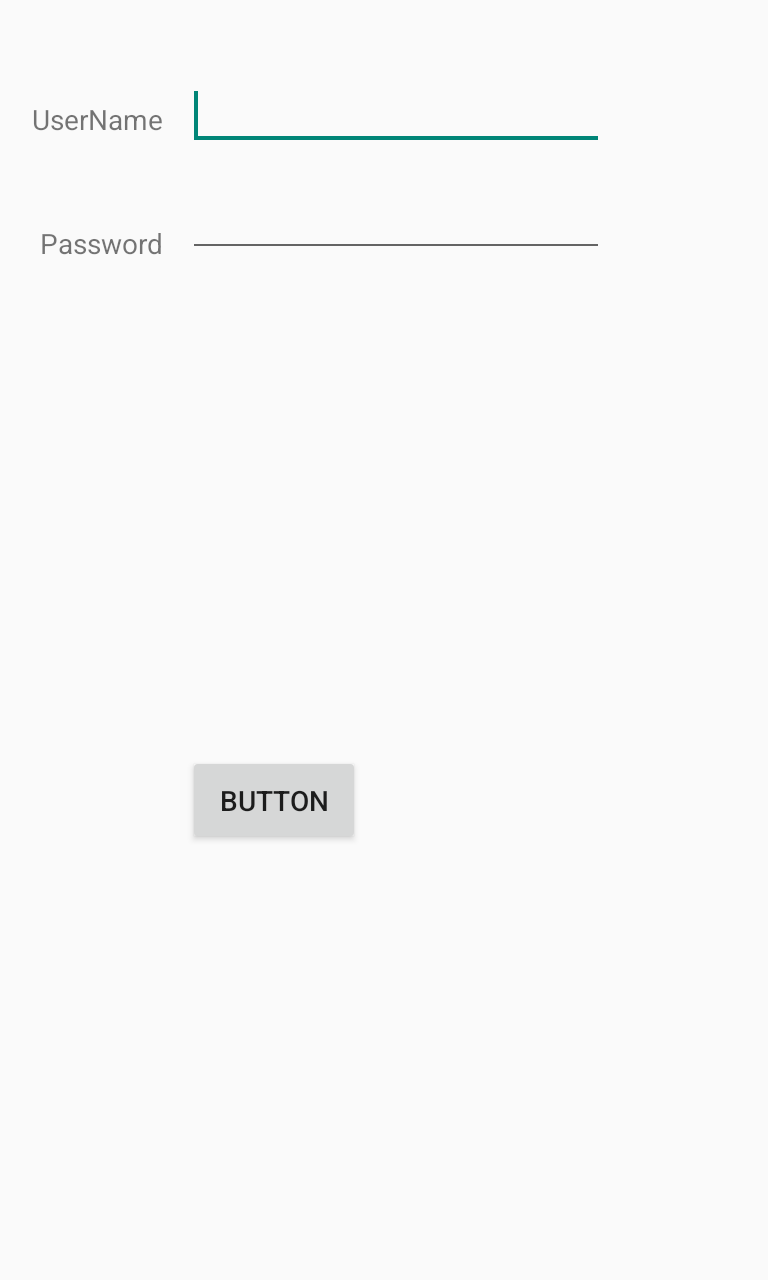
Repository: vipinvkamara/layouts
Layout: indent/res/layout/activity_login.xml
The author's editor kept a copy of each file at every save. The layout is drawn from the files as they stood at one save, then again after the next save.
It is drawn on a 768 x 1280 px phone screen (xhdpi) without system bars, with theme AppTheme; the app's code is not run.

Above is the layout before, as saved 2014-12-16 18:04:41.

### indent/res/layout/activity_login.xml
<RelativeLayout xmlns:android="http://schemas.android.com/apk/res/android"
    xmlns:tools="http://schemas.android.com/tools"
    android:layout_width="match_parent"
    android:layout_height="match_parent"
    android:paddingBottom="@dimen/activity_vertical_margin"
    android:paddingLeft="@dimen/activity_horizontal_margin"
    android:paddingRight="@dimen/activity_horizontal_margin"
    android:paddingTop="@dimen/activity_vertical_margin"
    tools:context="com.example.indent.MainActivity" >

    <Button
        android:id="@+id/button1"
        android:layout_width="wrap_content"
        android:layout_height="wrap_content"
        android:layout_alignParentBottom="true"
        android:onClick="showActivity"
        android:layout_alignParentLeft="true"
        android:layout_marginBottom="200dp"
        android:layout_marginLeft="77dp"
        android:text="Button" />

    <TextView
        android:id="@+id/textView1"
        android:layout_width="wrap_content"
        android:layout_height="wrap_content"
        android:layout_alignParentLeft="true"
        android:layout_alignParentTop="true"
        android:layout_marginTop="34dp"
        android:text="UserName" />

    <TextView
        android:id="@+id/textView2"
        android:layout_width="wrap_content"
        android:layout_height="wrap_content"
        android:layout_alignRight="@+id/textView1"
        android:layout_below="@+id/textView1"
        android:layout_marginTop="43dp"
        android:text="Password" />

    <EditText
        android:id="@+id/editText1"
        android:layout_width="wrap_content"
        android:layout_height="wrap_content"
        android:layout_alignBaseline="@+id/textView1"
        android:layout_alignBottom="@+id/textView1"
        android:layout_alignLeft="@+id/button1"
        android:ems="10" >

        <requestFocus />
    </EditText>

    <EditText
        android:id="@+id/editText2"
        android:layout_width="wrap_content"
        android:layout_height="wrap_content"
        android:layout_alignBottom="@+id/textView2"
        android:layout_alignLeft="@+id/editText1"
        android:ems="10"
        android:inputType="textPassword" />

</RelativeLayout>

Loaded but not shown: indent/res/values/styles.xml (common file); indent/res/values-v11/styles.xml (common file); indent/res/values-v14/styles.xml (common file); indent/res/values/dimens.xml (common file); indent/res/values-w820dp/dimens.xml (common file)

After the next save:
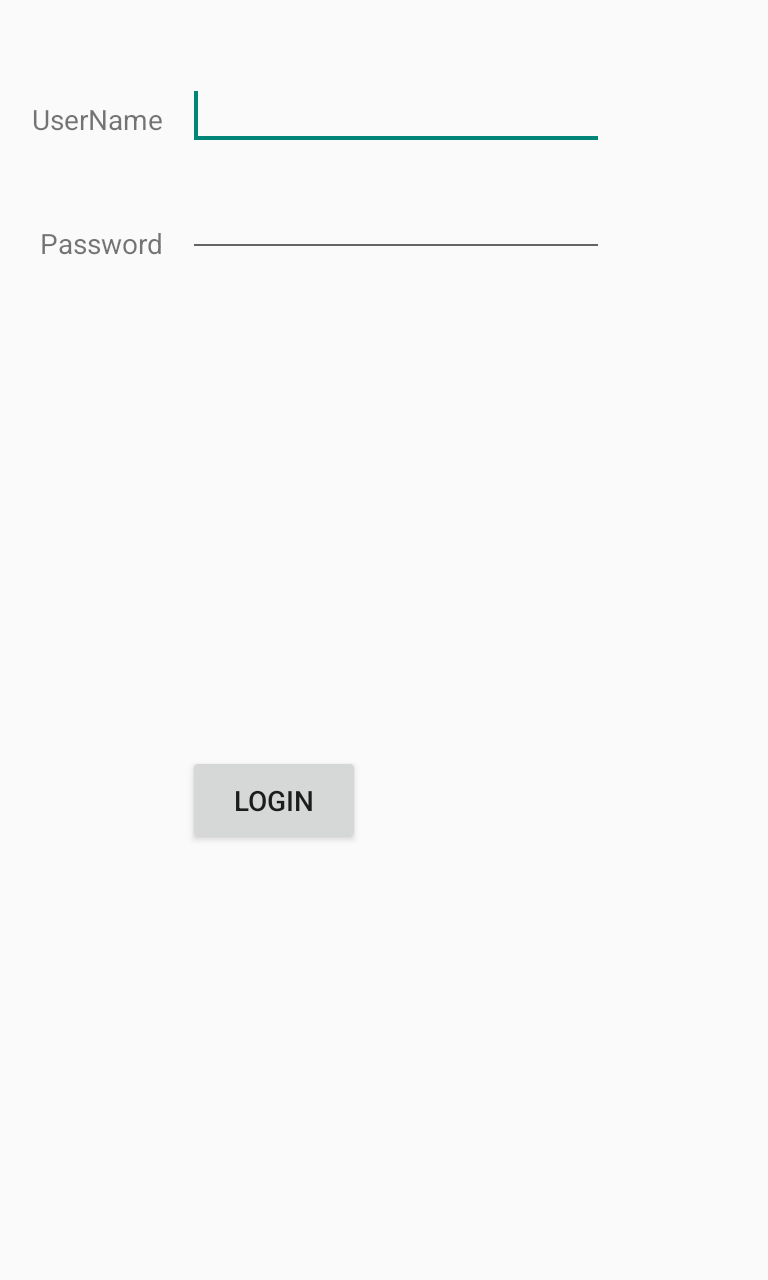
Saved 28 s later.
--- a/indent/res/layout/activity_login.xml
+++ b/indent/res/layout/activity_login.xml
@@ -17,7 +17,7 @@
         android:layout_alignParentLeft="true"
         android:layout_marginBottom="200dp"
         android:layout_marginLeft="77dp"
-        android:text="Button" />
+        android:text="LogIn" />
 
     <TextView
         android:id="@+id/textView1"
